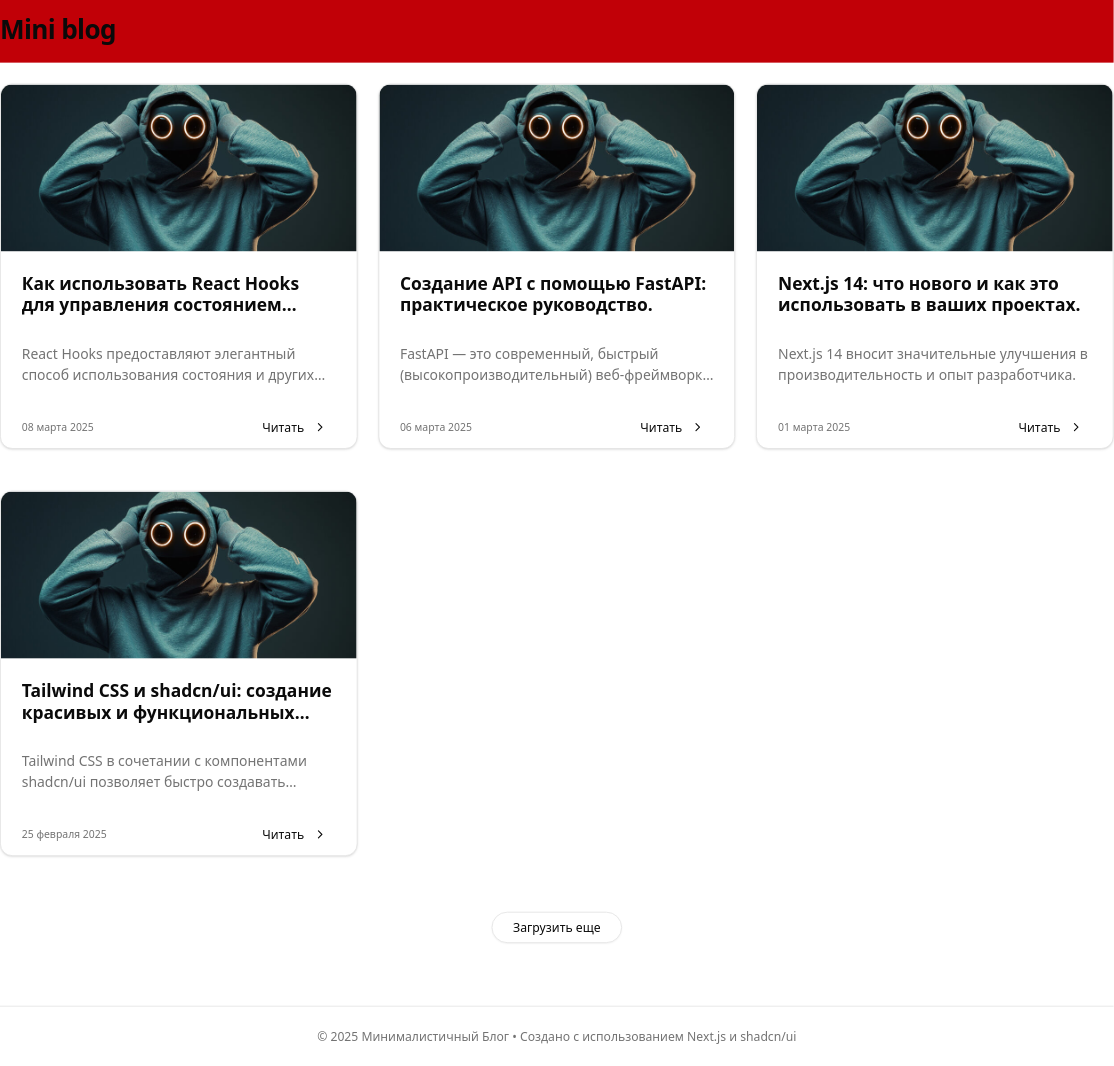
Repository: maxempolk/Telegram-channel
Page: /
The author's editor kept a copy of each file at every save. The page is drawn from the files as they stood at one save, then again after a run of saves.
The browser window is 1280 px wide. The pictures show the whole page, at 87% of full size.
The project was rebuilt for these pictures with package versions that can differ from the ones it lists, and the page was loaded fresh each time. The framework's server and built-in components were replaced by stand-ins that run in the browser. Also part of the build but not shown: next.config.ts.

Above is the page before, as saved 2025-03-08 02:00:44.

### src/app/layout.tsx
import type { Metadata } from 'next';
import { Geist, Geist_Mono } from 'next/font/google';
import './globals.css';
import Header from '@/components/header/Header';
import Footer from '@/components/footer/Footer';

const geistSans = Geist({
  variable: '--font-geist-sans',
  subsets: ['latin'],
});

const geistMono = Geist_Mono({
  variable: '--font-geist-mono',
  subsets: ['latin'],
});

export const metadata: Metadata = {
  title: 'Create Next App',
  description: 'Generated by create next app',
};

export default function RootLayout({
  children,
}: Readonly<{
  children: React.ReactNode;
}>) {
  return (
    <html lang="en">
      <body className={`${geistSans.variable} ${geistMono.variable} antialiased`}>
        <Header />
        <main>{children}</main>
        <Footer />
      </body>
    </html>
  );
}

### src/app/page.tsx
import BlogPost from '@/components/post/Post';
import { Button } from '@/components/ui/button';
import { BlogPostType } from '@/types/post';

export default function Home() {
  const blogPosts: BlogPostType[] = [
    {
      id: 1,
      title: 'Как использовать React Hooks для управления состоянием приложения.',
      excerpt:
        'React Hooks предоставляют элегантный способ использования состояния и других возможностей React без написания классов.',
      date: '08 марта 2025',
      imageUrl: '/image.jpg',
      tags: ['React', 'Hooks', 'Frontend'],
    },
    {
      id: 2,
      title: 'Создание API с помощью FastAPI: практическое руководство.',
      excerpt:
        'FastAPI — это современный, быстрый (высокопроизводительный) веб-фреймворк для создания API с Python.',
      date: '06 марта 2025',
      imageUrl: '/image.jpg',
      tags: ['Python', 'FastAPI', 'Backend'],
    },
    {
      id: 3,
      title: 'Next.js 14: что нового и как это использовать в ваших проектах.',
      excerpt: 'Next.js 14 вносит значительные улучшения в производительность и опыт разработчика.',
      date: '01 марта 2025',
      imageUrl: '/image.jpg',
      tags: ['Next.js', 'Frontend', 'React'],
    },
    {
      id: 4,
      title: 'Tailwind CSS и shadcn/ui: создание красивых и функциональных интерфейсов.',
      excerpt:
        'Tailwind CSS в сочетании с компонентами shadcn/ui позволяет быстро создавать современные интерфейсы.',
      date: '25 февраля 2025',
      imageUrl: '/image.jpg',
      tags: ['CSS', 'UI/UX', 'Frontend'],
    },
  ];

  return (
    <main className="container mx-auto py-6">
      <div className="grid grid-cols-1 md:grid-cols-2 lg:grid-cols-3 gap-6">
        {blogPosts.map(post => (
          <BlogPost key={post.id} post={post} />
        ))}
      </div>

      <div className="flex justify-center mt-10">
        <Button variant="outline" className="rounded-full px-6">
          Загрузить еще
        </Button>
      </div>
    </main>
  );
}

### src/app/globals.css
@import 'tailwindcss';

@plugin "tailwindcss-animate";

@custom-variant dark (&:is(.dark *));

@theme inline {
  --color-background: var(--background);
  --color-foreground: var(--foreground);
  --font-sans: var(--font-geist-sans);
  --font-mono: var(--font-geist-mono);
  --color-sidebar-ring: var(--sidebar-ring);
  --color-sidebar-border: var(--sidebar-border);
  --color-sidebar-accent-foreground: var(--sidebar-accent-foreground);
  --color-sidebar-accent: var(--sidebar-accent);
  --color-sidebar-primary-foreground: var(--sidebar-primary-foreground);
  --color-sidebar-primary: var(--sidebar-primary);
  --color-sidebar-foreground: var(--sidebar-foreground);
  --color-sidebar: var(--sidebar);
  --color-chart-5: var(--chart-5);
  --color-chart-4: var(--chart-4);
  --color-chart-3: var(--chart-3);
  --color-chart-2: var(--chart-2);
  --color-chart-1: var(--chart-1);
  --color-ring: var(--ring);
  --color-input: var(--input);
  --color-border: var(--border);
  --color-destructive-foreground: var(--destructive-foreground);
  --color-destructive: var(--destructive);
  --color-accent-foreground: var(--accent-foreground);
  --color-accent: var(--accent);
  --color-muted-foreground: var(--muted-foreground);
  --color-muted: var(--muted);
  --color-secondary-foreground: var(--secondary-foreground);
  --color-secondary: var(--secondary);
  --color-primary-foreground: var(--primary-foreground);
  --color-primary: var(--primary);
  --color-popover-foreground: var(--popover-foreground);
  --color-popover: var(--popover);
  --color-card-foreground: var(--card-foreground);
  --color-card: var(--card);
  --radius-sm: calc(var(--radius) - 4px);
  --radius-md: calc(var(--radius) - 2px);
  --radius-lg: var(--radius);
  --radius-xl: calc(var(--radius) + 4px);
}

:root {
  --background: oklch(1 0 0);
  --foreground: oklch(0.145 0 0);
  --card: oklch(1 0 0);
  --card-foreground: oklch(0.145 0 0);
  --popover: oklch(1 0 0);
  --popover-foreground: oklch(0.145 0 0);
  --primary: oklch(0.205 0 0);
  --primary-foreground: oklch(0.985 0 0);
  --secondary: oklch(0.97 0 0);
  --secondary-foreground: oklch(0.205 0 0);
  --muted: oklch(0.97 0 0);
  --muted-foreground: oklch(0.556 0 0);
  --accent: oklch(0.97 0 0);
  --accent-foreground: oklch(0.205 0 0);
  --destructive: oklch(0.577 0.245 27.325);
  --destructive-foreground: oklch(0.577 0.245 27.325);
  --border: oklch(0.922 0 0);
  --input: oklch(0.922 0 0);
  --ring: oklch(0.708 0 0);
  --chart-1: oklch(0.646 0.222 41.116);
  --chart-2: oklch(0.6 0.118 184.704);
  --chart-3: oklch(0.398 0.07 227.392);
  --chart-4: oklch(0.828 0.189 84.429);
  --chart-5: oklch(0.769 0.188 70.08);
  --radius: 0.625rem;
  --sidebar: oklch(0.985 0 0);
  --sidebar-foreground: oklch(0.145 0 0);
  --sidebar-primary: oklch(0.205 0 0);
  --sidebar-primary-foreground: oklch(0.985 0 0);
  --sidebar-accent: oklch(0.97 0 0);
  --sidebar-accent-foreground: oklch(0.205 0 0);
  --sidebar-border: oklch(0.922 0 0);
  --sidebar-ring: oklch(0.708 0 0);
}

.dark {
  --background: oklch(0.145 0 0);
  --foreground: oklch(0.985 0 0);
  --card: oklch(0.145 0 0);
  --card-foreground: oklch(0.985 0 0);
  --popover: oklch(0.145 0 0);
  --popover-foreground: oklch(0.985 0 0);
  --primary: oklch(0.985 0 0);
  --primary-foreground: oklch(0.205 0 0);
  --secondary: oklch(0.269 0 0);
  --secondary-foreground: oklch(0.985 0 0);
  --muted: oklch(0.269 0 0);
  --muted-foreground: oklch(0.708 0 0);
  --accent: oklch(0.269 0 0);
  --accent-foreground: oklch(0.985 0 0);
  --destructive: oklch(0.396 0.141 25.723);
  --destructive-foreground: oklch(0.637 0.237 25.331);
  --border: oklch(0.269 0 0);
  --input: oklch(0.269 0 0);
  --ring: oklch(0.439 0 0);
  --chart-1: oklch(0.488 0.243 264.376);
  --chart-2: oklch(0.696 0.17 162.48);
  --chart-3: oklch(0.769 0.188 70.08);
  --chart-4: oklch(0.627 0.265 303.9);
  --chart-5: oklch(0.645 0.246 16.439);
  --sidebar: oklch(0.205 0 0);
  --sidebar-foreground: oklch(0.985 0 0);
  --sidebar-primary: oklch(0.488 0.243 264.376);
  --sidebar-primary-foreground: oklch(0.985 0 0);
  --sidebar-accent: oklch(0.269 0 0);
  --sidebar-accent-foreground: oklch(0.985 0 0);
  --sidebar-border: oklch(0.269 0 0);
  --sidebar-ring: oklch(0.439 0 0);
}

@layer base {
  * {
    @apply border-border outline-ring/50;
  }
  body {
    @apply bg-background text-foreground;
  }
}

### src/components/header/Header.tsx
const Header = () => {
  return (
    <header className="sticky container mx-auto py-4 bg-red-700">
      <h1 className="text-3xl font-bold tracking-tight mb-1">Mini blog</h1>
    </header>
  );
};

export default Header;

### src/components/footer/Footer.tsx
const Footer = () => {
  return (
    <footer className="border-t mt-12">
      <div className="container mx-auto py-6 text-center text-sm text-muted-foreground">
        © 2025 Минималистичный Блог • Создано с использованием Next.js и shadcn/ui
      </div>
    </footer>
  );
};

export default Footer;

### src/components/post/Post.tsx
import Image from 'next/image';
import { Card, CardHeader, CardTitle, CardContent, CardFooter } from '../ui/card';
import { ChevronRight } from 'lucide-react';
import { Button } from '../ui/button';
import { Badge } from '../ui/badge';
import { BlogPostType } from '@/types/post';
import { FC } from 'react';

type BlogPostProps = {
  post: BlogPostType;
};

const BlogPost: FC<BlogPostProps> = ({ post }) => {
  return (
    <Card className="mb-6 overflow-hidden hover:shadow-md transition-shadow duration-300">
      <div className="relative h-48 w-full overflow-hidden">
        <Image
          src={post.imageUrl}
          alt={post.title}
          className="w-full h-full object-cover transition-transform duration-300 hover:scale-105"
          width={400}
          height={400}
        />
      </div>
      <CardHeader className="pb-2">
        {/* <div className="flex flex-wrap gap-2 mb-2">
          {post.tags.map((tag: string) => (
            <Badge key={tag} variant="secondary" className="text-xs">
              {tag}
            </Badge>
          ))}
        </div> */}
        <CardTitle className="text-xl leading-tight line-clamp-2">{post.title}</CardTitle>
      </CardHeader>
      <CardContent className="pb-2">
        <p className="text-muted-foreground line-clamp-2">{post.excerpt}</p>
      </CardContent>
      <CardFooter className="flex justify-between items-center pb-2">
        <span className="text-xs text-muted-foreground">{post.date}</span>
        <Button variant="ghost" size="sm" className="p-0 h-8">
          Читать <ChevronRight className="ml-1 h-4 w-4" />
        </Button>
      </CardFooter>
    </Card>
  );
};

export default BlogPost;

### src/components/ui/button.tsx
import * as React from 'react';
import { Slot } from '@radix-ui/react-slot';
import { cva, type VariantProps } from 'class-variance-authority';

import { cn } from '@/lib/utils';

const buttonVariants = cva(
  "inline-flex items-center justify-center gap-2 whitespace-nowrap rounded-md text-sm font-medium transition-[color,box-shadow] disabled:pointer-events-none disabled:opacity-50 [&_svg]:pointer-events-none [&_svg:not([class*='size-'])]:size-4 shrink-0 [&_svg]:shrink-0 outline-none focus-visible:border-ring focus-visible:ring-ring/50 focus-visible:ring-[3px] aria-invalid:ring-destructive/20 dark:aria-invalid:ring-destructive/40 aria-invalid:border-destructive",
  {
    variants: {
      variant: {
        default: 'bg-primary text-primary-foreground shadow-xs hover:bg-primary/90',
        destructive:
          'bg-destructive text-white shadow-xs hover:bg-destructive/90 focus-visible:ring-destructive/20 dark:focus-visible:ring-destructive/40',
        outline:
          'border border-input bg-background shadow-xs hover:bg-accent hover:text-accent-foreground',
        secondary: 'bg-secondary text-secondary-foreground shadow-xs hover:bg-secondary/80',
        ghost: 'hover:bg-accent hover:text-accent-foreground',
        link: 'text-primary underline-offset-4 hover:underline',
      },
      size: {
        default: 'h-9 px-4 py-2 has-[>svg]:px-3',
        sm: 'h-8 rounded-md gap-1.5 px-3 has-[>svg]:px-2.5',
        lg: 'h-10 rounded-md px-6 has-[>svg]:px-4',
        icon: 'size-9',
      },
    },
    defaultVariants: {
      variant: 'default',
      size: 'default',
    },
  }
);

function Button({
  className,
  variant,
  size,
  asChild = false,
  ...props
}: React.ComponentProps<'button'> &
  VariantProps<typeof buttonVariants> & {
    asChild?: boolean;
  }) {
  const Comp = asChild ? Slot : 'button';

  return (
    <Comp
      data-slot="button"
      className={cn(buttonVariants({ variant, size, className }))}
      {...props}
    />
  );
}

export { Button, buttonVariants };

### src/components/ui/card.tsx
import * as React from 'react';

import { cn } from '@/lib/utils';

function Card({ className, ...props }: React.ComponentProps<'div'>) {
  return (
    <div
      data-slot="card"
      className={cn(
        'bg-card text-card-foreground flex flex-col gap-6 rounded-xl border shadow-sm',
        className
      )}
      {...props}
    />
  );
}

function CardHeader({ className, ...props }: React.ComponentProps<'div'>) {
  return (
    <div
      data-slot="card-header"
      className={cn('flex flex-col gap-1.5 px-6', className)}
      {...props}
    />
  );
}

function CardTitle({ className, ...props }: React.ComponentProps<'div'>) {
  return (
    <div
      data-slot="card-title"
      className={cn('leading-none font-semibold', className)}
      {...props}
    />
  );
}

function CardDescription({ className, ...props }: React.ComponentProps<'div'>) {
  return (
    <div
      data-slot="card-description"
      className={cn('text-muted-foreground text-sm', className)}
      {...props}
    />
  );
}

function CardContent({ className, ...props }: React.ComponentProps<'div'>) {
  return <div data-slot="card-content" className={cn('px-6', className)} {...props} />;
}

function CardFooter({ className, ...props }: React.ComponentProps<'div'>) {
  return (
    <div data-slot="card-footer" className={cn('flex items-center px-6', className)} {...props} />
  );
}

export { Card, CardHeader, CardFooter, CardTitle, CardDescription, CardContent };

Loaded but not shown: src/lib/utils.ts (common file)

After the next 3 saves:
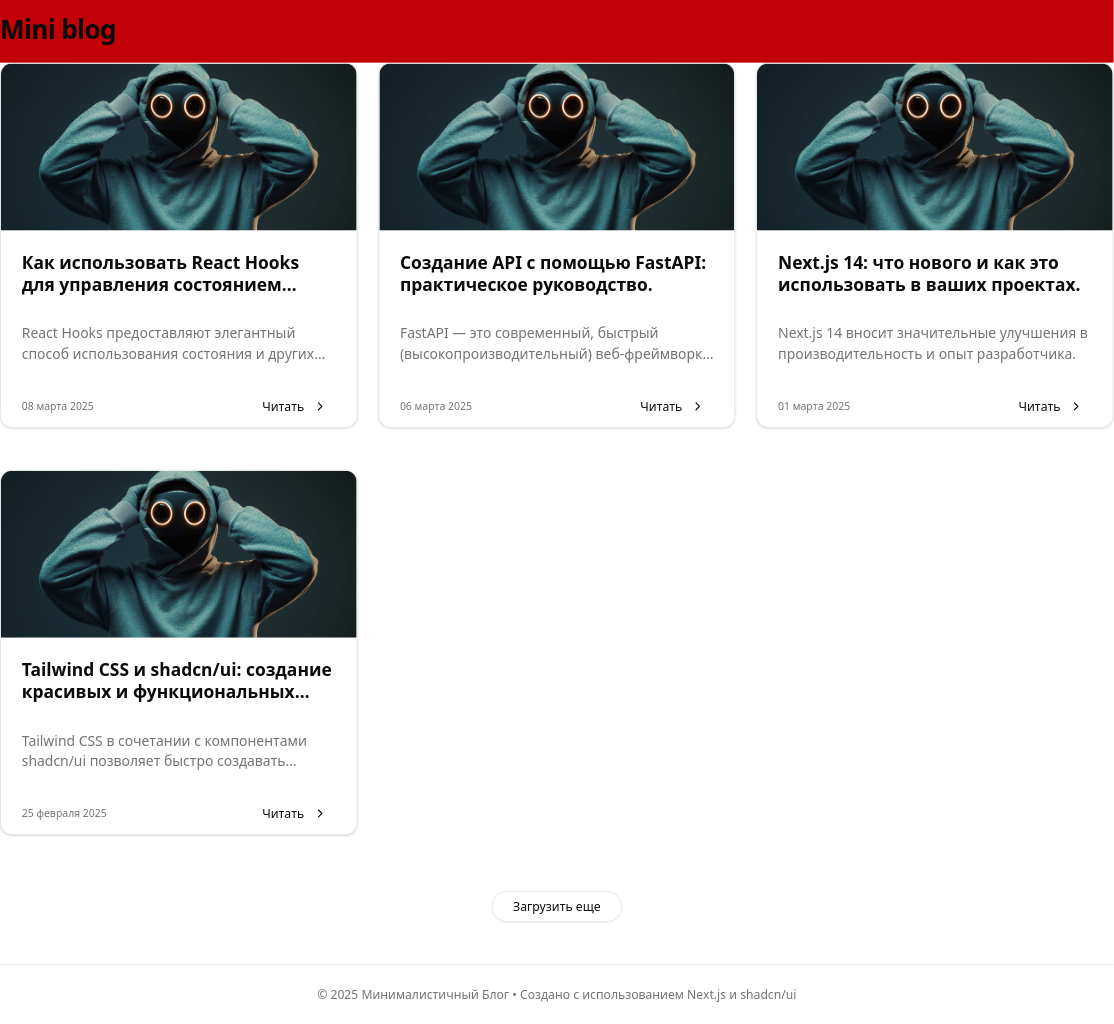
The 3 saves are shown as one change because 1 did not build or start and some came seconds apart.
The last was saved 24 s later.
--- a/src/app/page.tsx
+++ b/src/app/page.tsx
@@ -42,7 +42,7 @@ export default function Home() {
   ];
 
   return (
-    <main className="container mx-auto py-6">
+    <>
       <div className="grid grid-cols-1 md:grid-cols-2 lg:grid-cols-3 gap-6">
         {blogPosts.map(post => (
           <BlogPost key={post.id} post={post} />
@@ -54,6 +54,6 @@ export default function Home() {
           Загрузить еще
         </Button>
       </div>
-    </main>
+    </>
   );
 }

After the save that followed:
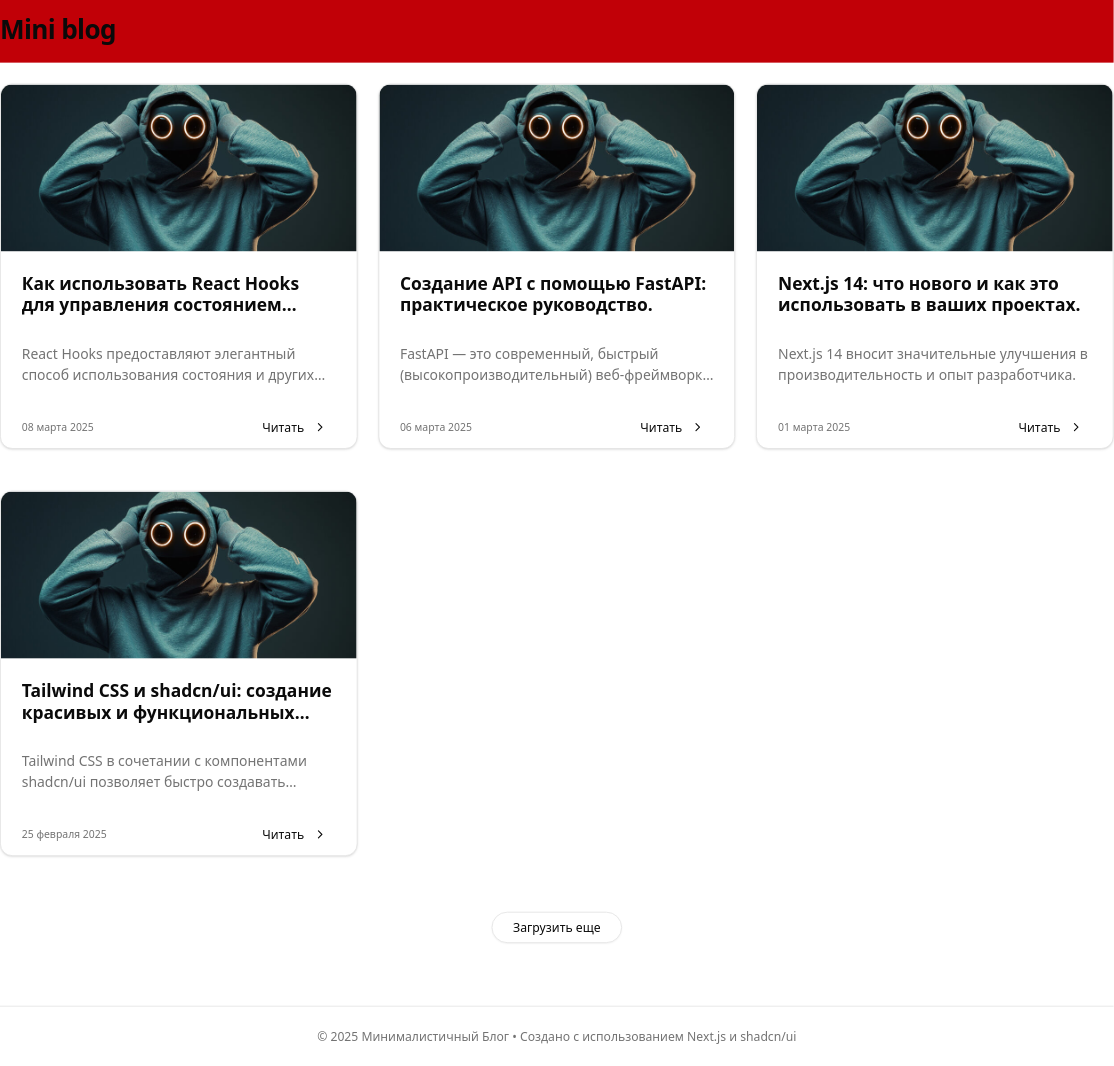
Saved 9 s later.
--- a/src/app/layout.tsx
+++ b/src/app/layout.tsx
@@ -28,7 +28,7 @@ export default function RootLayout({
     <html lang="en">
       <body className={`${geistSans.variable} ${geistMono.variable} antialiased`}>
         <Header />
-        <main>{children}</main>
+        <main className="container mx-auto py-6">{children}</main>
         <Footer />
       </body>
     </html>
